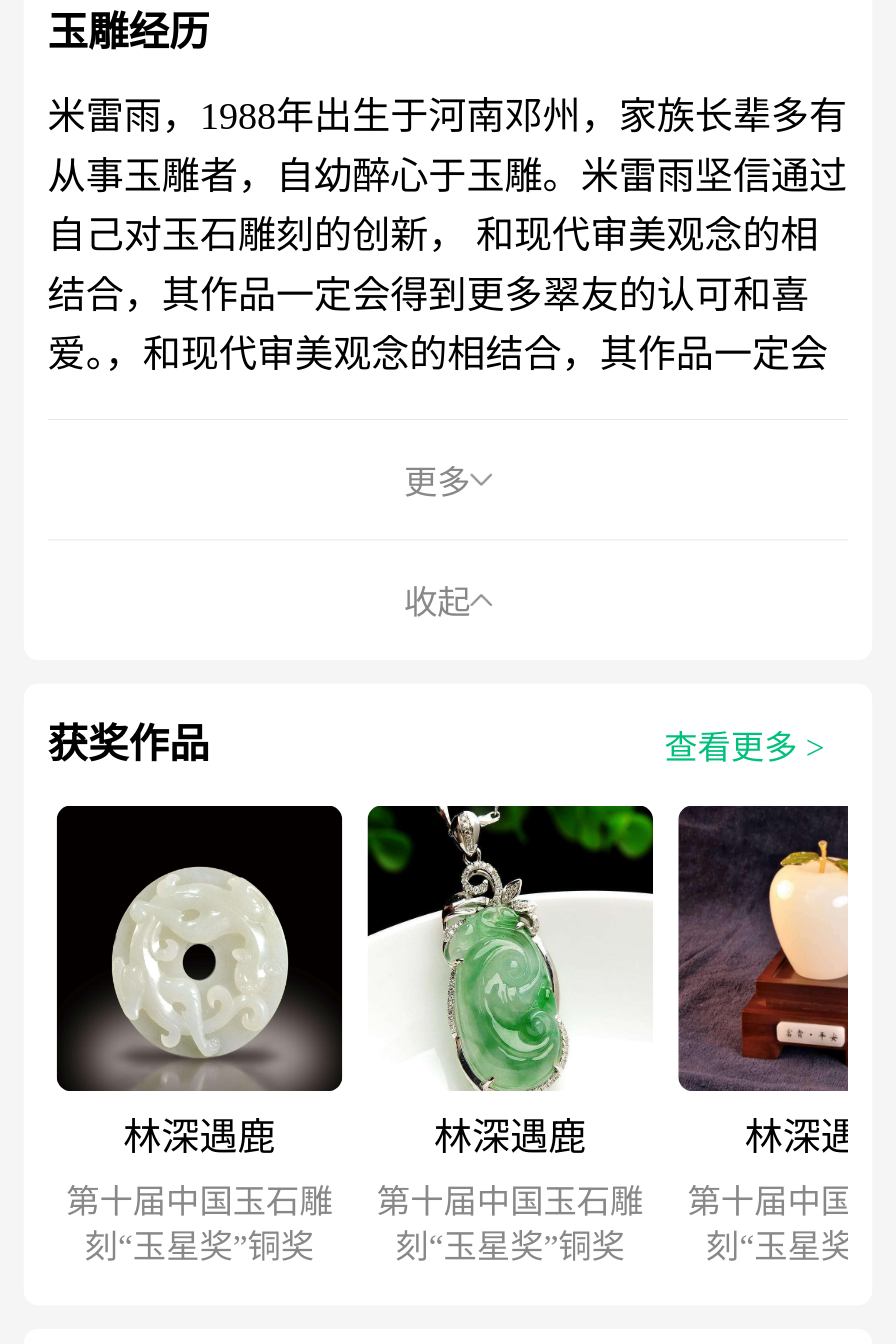
Repository: 1yanglulu/-
Page: html/jadecarvemaincenter.html
These files come from the project's save history. The page is drawn as it stood at one moment and after the next save; the edit follows.
The browser window is 1280 px wide. The pictures show the part of the page from y = 3234 to 5154 px (the page is 8142 px tall before and 7842 px after), at 70% of full size.

Above is the page before, as saved 2020-01-09 09:28:00.

### html/jadecarvemaincenter.html
<!DOCTYPE html>
<html lang="en">
<head>
  <meta charset="UTF-8">
  <meta name="viewport" content="width=device-width, user-scalable=no, initial-scale=1.0, maximum-scale=1.0, minimum-scale=1.0">
  <meta http-equiv="X-UA-Compatible" content="ie=edge">
  <title>玉雕师详情</title>
  <link rel="stylesheet" href="../css/common.css">
  <link rel="stylesheet" href="../js/swiper4.1.0/swiper-4.1.0.min.css">
  <link rel="stylesheet" href="../css/jadecarvemaincenter.css">
  <link rel="stylesheet" href="../css/jadehomepage.css">
  <link rel="stylesheet" href="../css/recentactive.css">
</head>
<body class="bac-color">
  <div class="jade-main-center  bac-color">
    <div class="top-banner">
      <img src="../images/mainbac.png" alt="" class="banner-bac">
    </div>
    <div class="avatar-box">
      <img src="../images/defaultImg.png" alt="" class="default-img">
      <div class="btn-box fn">
        <a href="javascript:void(0);" class="self-made">私人定制</a>
        <div class="follow-btn"><span class="add-icon">+</span>关注</div>
      </div>
      <div class="jade-name">
        米雷雨
      </div>
      <div class="jade-introduce fn">
        <img src="../images/vipicon.png" alt="vip" class="vip-icon">
        <span class="touxian">广东省玉石雕刻大师、中华玉雕高级师、广东省工艺美术师</span>
      </div>
      <div class="jade-hot-num">
        <span class="for-num">100</span>关注<span class="for-num">100</span>粉丝<span class="for-num">10992</span>收到的赞
      </div>
    </div>
    <div class="jade-tab clearfix">
      <div class="jade-tab-item fl  fn">
        <span>主页</span>
        <div class="tab-line"></div>
      </div>
      <div class="jade-tab-item fl  fn">
        <span>动态</span>
        <div class="tab-line"></div>
      </div>
      <div class="jade-tab-item fl  fn">
        <span>玉雕作品</span>
        <div class="tab-line"></div>
      </div>
      <div class="jade-tab-item fl  fn">
        <span>评价定制</span>
        <div class="tab-line"></div>
      </div>
    </div>
    <div id="home-page-con">
    </div>
    <div class="active-page-con">
    </div>
    <div class="jade-works-page-con">
    </div>
    <div class="jade-comment-made-page-con">
    </div>
    <div class="for-app-btn">
      <div class="inner-for-app-btn">打开APP查看更多内容</div>
    </div>
    <div class="download-app-tip">
      <img src="../images/logo.png">
      <span>打开对庄翡翠，查看更多玉雕师信息</span>
      <div>立即前往</div>
    </div>
  </div>
  <script src="../js/jquery-3.3.1.min.js"></script>
  <script src="../js/rem.js"></script>
  <!-- <script src="../js/swiper4.1.0/swiper-4.1.0.min.js"></script> -->
  <script>
    $(document).ready(function(){
  　　$("#home-page-con").load("./jadehomepage.html",function () {
        var sc1 =  document.createElement("script");
        sc1.src= "../js/swiper4.1.0/swiper-4.1.0.min.js";
        $("body").append(sc1);
        var mySwiper = new Swiper('.swiper-container', {
          autoplay: false,//可选选项，自动滑动
          slidesPerView: 2.6,
          spaceBetween: 10,
        })
        var sc2 =  document.createElement("script");
        sc2.src= "../js/jadehomepage.js";
        $("body").append(sc2);
      })
      $(".active-page-con").load("./recentactive.html")
    });
  </script>
  <script src="../js/jadecarvemaincenter.js"></script>
</body>
</html>

### css/common.css
h2,body,div,html,ul,li,a,img{
  margin: 0;
  padding: 0;
}
a,img{
  display:block;
}
.fn{
  font-size:0;
}
ul{
  margin-block-start: 0;
  margin-block-end: 0;
  padding-inline-start: 0;
}
ul li{
  list-style: none;
}
a{
  text-decoration: none;
}
.clearfix:after{/*伪元素是行内元素 正常浏览器清除浮动方法*/
  content: "";
  display: block;
  height: 0;
  clear:both;
  visibility: hidden;
}
.clearfix{
  *zoom: 1;/*ie6清除浮动的方式 *号只有IE6-IE7执行，其他浏览器不执行*/
}
.fl{
  float: left;
}
.fr{
  float:right;
}
.bac-color{
  /* background:rgb(248,248,248); */
  background: #f5f5f5;
}
.visible{
  overflow: visible;
}
.hidden{
  overflow: hidden;
}

### css/jadecarvemaincenter.css
.jade-main-center{
  width: 100%;
}
.top-banner{
  background: #fff;
}
.banner-bac{
  width: 100%;
  height: 4.2rem;
  display: block
}
.default-img{
  width: 1.6rem;
  height: 1.6rem;
}
.avatar-box{
  position: relative;
  background: #fff;
}
.default-img{
  position: absolute;
  left:.1rem;
  top:-.6rem;

}
.avatar-box{
  padding:0 .2rem 0.3rem;
}
.btn-box{
  text-align: right;
  padding: .3rem 0;
}
.self-made{
  display: inline-block;
  padding: 0 .24rem;
  text-align: center;
  line-height: .62rem;
  border: 1px solid #00C17B;
  border-radius:.33rem;
  background: #fff;
  font-size: .28rem;
  color: #00C17B;
  margin-right: .2rem;
}
.follow-btn{
  width: 1.6rem;
  height: .62rem;
  text-align: center;
  background: #00C17B;
  border-radius:.33rem;
  font-size: .28rem;
  color: #FFFFFF;
  display: inline-block;
}
.add-icon{
  font-size: .4rem;
  color: #FFFFFF;
  margin-right: .1rem;
}
.jade-name{
  font-size: .48rem;
  color: #333333;
  line-height: .58rem;
  text-align: left;
  margin-top: .08rem;
  font-weight: bold;
  margin-bottom: .3rem;
  background: #fff;
}
.jade-introduce{
  margin-bottom: .3rem;
  background: #fff;
}
.vip-icon{
  width: .32rem;
  height: .32rem;
  display: inline-block;
  margin-right: .1rem;
  vertical-align: middle;
}
.touxian{
  font-size: .32rem;
  color: #000000;
  line-height: .5rem;
  vertical-align: middle;
}
.jade-hot-num{
  font-size: .24rem;
  color: #888888;
  text-align: center;
  text-align: left;
  background: #fff;
}
.jade-hot-num .for-num{
  font-size: .36rem;
  color: #00C17B;
  text-align: center;
  font-weight: bold;
  margin-left: .3rem;
  vertical-align: bottom;
  line-height: 0.36rem;
  margin-right: .06rem;
}
.jade-hot-num .for-num:first-child{
  margin-left: 0;
}
.jade-tab{
  height: 1rem;
}
.jade-tab .jade-tab-item{
  width: 25%;
  height: 100%;
  text-align: center;
  padding-top: 0.2rem;
  box-sizing: border-box;
}
.jade-tab .jade-tab-item>span{
  display: block;
  height: 0.48rem;
  text-align: center;
  line-height: .48rem;
  margin-bottom: .08rem;
  font-size: .34rem;
  color: #666666;
}
.tab-line{
  width: .5rem;
  height: .05rem;
  background: #00C17B;
  display: inline-block;
}
.active-style{
  color:#00C17B
}
#home-page-con{
  padding:0 .2rem;
}
/*最近动态*/
.active-page-con{
  padding: 0 .2rem;
}
/*去往app提示按钮*/
.for-app-btn{
  padding: .2rem 0;
}
.inner-for-app-btn{
  width: 3.5rem;
  height: .7rem;
  line-height: 0.7rem;
  text-align: center;
  font-size: .28rem;
  color: #00C17B;
  border: 1px solid #00C17B;
  border-radius: .35rem;
  margin: 0 auto;
}
/*底部前往app固定弹窗提示*/
.download-app-tip{
  padding: .2rem;
  display: -webkit-box;
  display: -ms-flexbox;
  display: -webkit-flex;
  display: flex;
  -webkit-box-pack: center;
  -ms-flex-pack: center;
  -webkit-justify-content: center;
  justify-content: center;
  -webkit-box-align: center;
  -ms-flex-align: center;
  -webkit-align-items: center;
  align-items: center;
  background: rgba(0,0,0,0.60);
  box-sizing: border-box;

}
.download-app-tip>img{
  width: .8rem;
  height: .8rem;
    /* width:0.8rem;
    height: .8rem; */
}
.download-app-tip span{
  font-size: .26rem;
  color: #FFFFFF;
  margin: 0 .44rem 0 .2rem;
}
.download-app-tip div{
  width: 1.5rem;
  height: .52rem;
  line-height: .52rem;
  text-align: center;
  background: #00C17B;
  border-radius: 1rem;
  font-size: .26rem;
  color: #FFFFFF;
}

### css/jadehomepage.css
.bodyStyle{
  padding:0 .2rem;
}
.home-top{
  width: 100%;
  height: 1.6rem;
  background: #FFFFFF;
  border-radius: .12rem;
  margin-bottom: .2rem;
}
.live-bac{
  display: inline-block;
  width: 1.6rem;
  height: 100%;
  vertical-align: middle;
}
.live-con{
  height: 100%;
  width: 5.5rem;
  padding:.2rem;
  display: inline-block;
  vertical-align: middle;
  box-sizing: border-box;
}
.live-title{
  font-size: .32rem;
  color: #000000;
  letter-spacing: 0;
  margin-bottom: 0.48rem;
}
.live-status{
  display: inline-block;
  width: .94rem;
  height: .32rem;
}
.live-status>img{
  width: .18rem;
  height: .18rem;
  display: inline-block;
}
.live-visitor-num{
  display: inline-block;
  font-size: .22rem;
  color: #888888;
  vertical-align: middle;
}
.live-detail .prev-msg{
  padding: 0 .07rem;
  height: .32rem;
  line-height: .32rem;
  font-size: .2rem;
  color: #FFFFFF;
  display: inline-block;
  background: #966EFB;
  border-radius: .06rem;
  vertical-align: middle;
  margin-right: .08rem;
}
.live-detail>img{
  display: inline-block;
  width: .94rem;
  height: .32rem;
  vertical-align: middle;
  margin-right: .1rem;
}
.live-detail>a{
  display: inline-block;
  font-size: .28rem;
  color: #00C17B;
  text-align: center;
  line-height: .32rem;
}
/*个人信息*/
.self-information{
  background: #FFFFFF;
  border-radius: .12rem;
  padding:0.3rem .2rem 0;
  box-sizing: border-box;
  margin-bottom: .2rem;
}
.self-title{
  font-size: .34rem;
  color: #000000;
  letter-spacing: 0;
  line-height: .42rem;
  font-weight: bold;
}
.self-information .self-detail{
  margin:0 0 .3rem 0;
}
.self-information .self-detail .self-detail-item{
  padding:.3rem 0;
  border-bottom: 1px solid #dcdcdc;
}
.self-detail-item span:first-child{
  display: inline-block;
  width: 1.68rem;
  font-size: .28rem;
  color: #888888;
  letter-spacing: 0;
  text-align: left;
  vertical-align: middle;
}
.self-detail-item span:nth-child(2){
  display: inline-block;
  width: 4.7rem;
  font-size: .32rem;
  color: #000000;
  letter-spacing: 0;
  text-align: left;
  margin-left: .32rem;
  vertical-align: middle;
}
/* .self-detail-item:nth-child(3) span{
  vertical-align: top;
}
.self-detail-item:nth-child(4) span{
  vertical-align: top;
}
.self-detail-item:nth-child(5) span{
  vertical-align: top;
}
.self-detail-item:nth-child(6) span{
  vertical-align: top;
} */
.jade-experience{

}
.jade-experience .self-experience-con{
  font-size: .32rem;
  color: #000000;
  letter-spacing: 0;
  line-height: .5rem;
  margin: .25rem 0 .29rem;
  max-height: 2.5rem;
  overflow: hidden;
}
.jade-experience .self-experience-bom{
  padding: .3rem 0;
  text-align: center;
  border-top: 1px solid #dcdcdc;
}
.jade-experience .self-experience-bom>span{
  font-size: .28rem;
  color: #888888;
  text-align: center;
  vertical-align: middle;
}
.jade-experience .self-experience-bom>img{
width:.18rem;
height: .1rem;
display: inline-block;
vertical-align: middle;
}
/*获奖作品*/
.achive-works{
  /* width: 100%; */
  padding: 0 .2rem .3rem;
  background: #FFFFFF;
  border-radius: .12rem;
  position: relative;
  margin-bottom: .2rem;
}
.achive-title{
  padding: 0.3rem 0;
  position: relative;
}
.achive-title>a{
  position: absolute;
  font-size: .28rem;
  color: #00C17B;
  text-align: right;
  right: 0.2rem;
  top: 50%;
  transform: translateY(-50%);
}
.swiper-container{
  width: 100%;
}
.swiper-wrapper{
  /* max-width: 2.4rem !important; */
}
.swiper-slide{
  /* width: 2.4rem !important;
  margin-right: .2rem; */
  /* text-align: center;
  font-size: 18px;
  background: #fff; */
  display: -webkit-box;
  display: -ms-flexbox;
  display: -webkit-flex;
  display: flex;
  -webkit-box-pack: center;
  -ms-flex-pack: center;
  -webkit-justify-content: center;
  flex-flow:column;
  -ms-flex-flow: column;
  justify-content: center;
  -webkit-box-align: center;
  -ms-flex-align: center;
  -webkit-align-items: center;
  align-items: center;
}
.swiper-slide .achive-img{
  display: block;
  width: 2.4rem;
  height: 2.4rem;
  border-radius: .12rem;
  margin-bottom: 0.2rem;
}
.swiper-slide div:nth-child(2){
  display: block;
  font-size: .32rem;
  color: #000000;
  letter-spacing: 0;
  text-align: left;
  line-height: .38rem;
  margin-bottom: .16rem;
  max-width: 2.4rem;
  text-align: center;
  text-overflow: -o-ellipsis-lastline;
  overflow: hidden;
  text-overflow: ellipsis;
  display: -webkit-box;
  -webkit-line-clamp: 2;
  line-clamp: 2;
  -webkit-box-orient: vertical;
}
.swiper-slide div:nth-child(3){
  display: block;
  font-size: .28rem;
  color: #888888;
  letter-spacing: 0;
  text-align: center;
  line-height: .38rem;
  max-width: 2.4rem;
  text-align: center;
  text-overflow: -o-ellipsis-lastline;
  overflow: hidden;
  text-overflow: ellipsis;
  display: -webkit-box;
  -webkit-line-clamp: 2;
  line-clamp: 2;
  -webkit-box-orient: vertical;
}

### css/recentactive.css
.rencent-active-list{
  padding:0 .2rem;
  background: #fff;
  border-radius: .12rem;
}
.common-title-sty{
  padding: .3rem 0 0;
}
.rencent-con{

}
.rencent-con-item{
  padding:.3rem 0;
}

.rencent-con-item .rencent-top-avatar>img{
  width: .8rem;
  height: .8rem;
  margin-right: .2rem;
  display: inline-block;
  vertical-align: middle;
}
.rencent-top-introduce{
  display: inline-block;
  vertical-align: middle;
}
.rencent-top-introduce div:first-child{
  font-size: .3rem;
  color: #333333;
  text-align: left;
  line-height: .36rem;
  font-weight: bold;
  margin-bottom: .16rem;
  max-width: 5.7rem;
  text-overflow: -o-ellipsis-lastline;
  overflow: hidden;
  text-overflow: ellipsis;
  white-space: nowrap;
}
.rencent-top-introduce div:nth-child(2){
  max-width: 5.7rem;
  font-size: .24rem;
  color: #888888;
  letter-spacing: 0;
  line-height: .28rem;
  text-overflow: -o-ellipsis-lastline;
  overflow: hidden;
  text-overflow: ellipsis;
  white-space: nowrap;
}
.rencent-con-item{
  font-size: .34rem;
  color: #000000;
  line-height: .54rem;
}
.rencent-introduce{
  margin: .2rem 0;
}
.rencent-introduce span:first-child{
  font-size: .34rem;
  color: #3E74A8;
  line-height: .4rem;
}
.rencent-introduce span:nth-child(2){
  font-size: .34rem;
  color: #000;
  line-height: .4rem;
}
/*如果显示图片，图片的样式*/
.recent-img-con{
  border-radius: .12rem;
  overflow: hidden;
  margin-bottom: .3rem;
}
.recent-img-con-item{
  margin-right: .1rem;
  margin-bottom: .1rem;
}
.recent-img-con-item:nth-child(3n){
  margin-right: 0;
}
.recent-img-con-item:nth-last-child(1),.recent-img-con-item:nth-last-child(2),.recent-img-con-item:nth-last-child(3){
  margin-bottom: 0;
}
.recent-img-con-item>img{
  width: 2.16rem;
  height: 2.16rem;
}
/*如果显示视频，视频的样式*/
.recent-video{
  width: 3rem;
  height: 4.05rem;
  position: relative;
  border-radius: .12rem;
  margin-bottom: .3rem;
}
.recent-video video{
  width: 3rem;
  height: 4.05rem;
}
.recent-video img:nth-child(2){
  width: 3rem;
  height: 4.05rem;
  position: absolute;
  top:0;
  left:0;
}
.recent-video img:nth-child(3){
  width:.8rem;
  height:.8rem;
  position: absolute;
  top:50%;
  left:50%;
  transform: translate(-50%,-50%);
  z-index: 1;
}
.recent-video span{
  font-size: .24rem;
  color: #FFFFFF;
  text-align: center;
  padding: 0 .18rem;
  line-height: .3rem;
  background: rgba(0, 0, 0, .5);
  border-radius: .19rem;
  position: absolute;
  right: .1rem;
  bottom: .1rem;
}
/*浏览量，点赞，评论，分享样式*/
.recent-data{

}
.look-num{
  display: inline-block;
  font-size: .28rem;
  color: #888888;
  letter-spacing: 0;
  vertical-align: middle;
  text-align: center;
}
.look-num>span{
  font-size: .28rem;
  color: #888888;
  letter-spacing: 0;
  vertical-align: middle;
  margin-right: .1rem;
}
.follow-num{
  display: inline-block;
  vertical-align: middle;
}
.recent-follow-item{
  text-align: center;
  margin-right: .4rem;
}
.recent-follow-item>img{
  display: inline-block;
  widows: .32rem;
  height: .32rem;
  vertical-align: middle;
  margin-right: .1rem;
}
.recent-follow-item span{
  font-size: .28rem;
  color: #666666;
  letter-spacing: 0;
  vertical-align: middle;
}
.recent-follow-item:last-child{
  margin-right: 0;
}
/*分割线样式*/
.gap-line{
  width: 100%;
  height: 1px;
  border-top:1px solid #DCDCDC;
  margin:.3rem 0;
}
/*点赞数据样式*/
.dian-zan-detail{

}
.dian-zan-title{
  margin-bottom: .2rem;
}
.dian-zan-title>img{
  display: inline-block;
  width: .32rem;
  height: .32rem;
  vertical-align: middle;
}
.dian-zan-title span:nth-child(2){
  font-size: .28rem;
  color: #333333;
  letter-spacing: 0;
  font-weight: bold;
  vertical-align: middle;
  margin: 0 .1rem;
}
.dian-zan-title span:nth-child(3){
  font-size: .28rem;
  color: #888888;
  letter-spacing: 0;
  vertical-align: middle;
}
.dian-zan-con{

}
.dian-zan-con-item{

}
.dian-zan-label{
  padding: 0 .06rem;
  line-height: .3rem;
  border: 1px solid #FC4C24;
  border-radius: .06rem;
  font-size: .22rem;
  color: #FC4C24;
  letter-spacing: 0;
  display: inline-block;
  margin-right: .1rem;
}
.dian-zan-con-item span:nth-child(2){
  font-size: .3rem;
  color: #333333;
  text-align: left;
  font-weight: bold;
}
.dian-zan-con-item span:nth-child(3){
  font-size: .3rem;
  color: #444444;
  text-align: left;
  line-height: .36rem;
}
/*评论总数标题*/
.comment-total-num{
  text-align: left;
  font-size: .28rem;
  color: #888888;
  line-height: .32rem;
  position: relative;
  display: inline-block;
  padding-right: .4rem;
  margin: .2rem 0;
}
.comment-total-num::after{
  content: "";
  width: .15rem;
  height: .15rem;
  border-top: 1px solid #DCDCDC;
  border-right: 1px solid #DCDCDC;
  position: absolute;
  right: .1rem;
  top:0.065rem;
  transform:rotate(45deg);
}
/*说点什么输入样式*/
.tap-input-box{
  position: relative;
}
.input-box{
  width: 2.3rem;
  line-height: .5rem;
  background: #F8F8F8;
  border-radius: .43rem;
  font-size: .28rem;
  color: #888888;
  letter-spacing: 0;
  text-align: center;
}
.tap-input-box img{
  width: .5rem;
  height: .5rem;
  border-radius: 50%;
  position: absolute;
  top:0;
  left:-0.1rem;

}

### html/jadehomepage.html
<div class="home-top fn">
  <img src="../images/yushi1.jpg" alt="直播间封面" class="live-bac">
  <div class="live-con fn">
    <div class="live-title">今晚做客直播间</div>
    <div class="live-detail fn clearfix">
      <img src="../images/livingicon.gif" alt="" style="display:none;">
      <div class="prev-msg">
        预告10月31日 18:00
      </div>
      <div class="live-visitor-num">1093观看</div>
      <a href="javascript:void(0);" class="fr" style="display:none;">进入直播间> </a>
    </div>
  </div>
</div>
<div class="self-information">
  <div class="self-title">个人信息</div>
  <div class="self-detail">
    <div class="self-detail-item fn">
      <span>出生年月</span><span>1988年10月</span>
    </div>
    <div class="self-detail-item fn">
      <span>性别</span><span>男</span>
    </div>
    <div class="self-detail-item fn">
      <span>出生地</span><span>河南郑州</span>
    </div>
    <div class="self-detail-item fn add-font-style">
      <span>代表作品</span><span>林深遇鹿、相看两不厌、林深遇鹿、相看两不厌</span>
    </div>
    <div class="self-detail-item fn">
      <span>擅长雕刻款式</span><span>摆件、挂件</span>
    </div>
    <div class="self-detail-item fn">
      <span>擅长雕刻题材</span><span>山水、人物</span>
    </div>
  </div>
  <div class="jade-experience">
    <div class="self-title">玉雕经历</div>
    <div class="self-experience-con">
      米雷雨，1988年出生于河南邓州，家族长辈多有从事玉雕者，自幼醉心于玉雕。米雷雨坚信通过自己对玉石雕刻的创新，
      和现代审美观念的相结合，其作品一定会得到更多翠友的认可和喜爱。，和现代审美观念的相结合，其作品一定会得到更多翠友的认可和喜爱。
    </div>
    <div class="self-experience-bom fn">
      <span>更多</span>
      <img src="../images/spreadout.png">
    </div>
    <div class="self-experience-bom fn">
      <span>收起</span>
      <img src="../images/hooldup.png">
    </div>
  </div>
</div>
<div class="achive-works">
  <div class="achive-title fn">
    <div class="self-title">获奖作品</div>
    <a>查看更多 ></a>
  </div>
  <div class="swiper-container">
    <div class="swiper-wrapper">
      <div class="swiper-slide fl">
        <img src="../images/yushi1.jpg" class="achive-img">
        <div>林深遇鹿</div>
        <div>第十届中国玉石雕刻“玉星奖”铜奖</div>
      </div>
      <div class="swiper-slide fl">
        <img src="../images/yushi2.jpg" class="achive-img">
        <div>林深遇鹿</div>
        <div>第十届中国玉石雕刻“玉星奖”铜奖</div>
      </div>
      <div class="swiper-slide fl">
        <img src="../images/yushi3.jpg" class="achive-img">
        <div>林深遇鹿</div>
        <div>第十届中国玉石雕刻“玉星奖”铜奖</div>
      </div>
      <div class="swiper-slide fl">
        <img src="../images/yushi1.jpg" class="achive-img">
        <div>林深遇鹿</div>
        <div>第十届中国玉石雕刻“玉星奖”铜奖</div>
      </div>
      <div class="swiper-slide fl">
        <img src="../images/yushi2.jpg" class="achive-img">
        <div>林深遇鹿</div>
        <div>第十届中国玉石雕刻“玉星奖”铜奖</div>
      </div>
      <div class="swiper-slide fl">
        <img src="../images/yushi3.jpg" class="achive-img">
        <div>林深遇鹿</div>
        <div>第十届中国玉石雕刻“玉星奖”铜奖</div>
      </div>
    </div>
  </div>
  <!-- <div class="rencent-active">
    <div class="self-title">最近动态</div>

  </div> -->
</div>

### html/recentactive.html
<div class="rencent-active-list">
  <div class="self-title common-title-sty">最近动态</div>
  <ul class="rencent-con">
    <li class="rencent-con-item">
      <div class="rencent-top-avatar fn">
        <img src="../images/defaultImg.png" >
        <div class="rencent-top-introduce">
          <div>米雷雨</div>
          <div>广东省玉雕大师广东省玉雕大师广东省玉雕大师广东省玉雕大师</div>
        </div>
      </div>
      <div class="rencent-introduce">
        <span>#灯谜大会#</span>
        <span>对庄是出于翡翠行业术语，在翡翠交易中，买家中意卖家的商品，即叫“对庄”。 </span>
      </div>
      <ul class="recent-img-con clearfix">
        <li class="recent-img-con-item fl">
          <img src="../images/yushi1.jpg" alt="">
        </li>
        <li class="recent-img-con-item fl">
          <img src="../images/yushi2.jpg" alt="">
        </li>
        <li class="recent-img-con-item fl">
          <img src="../images/yushi3.jpg" alt="">
        </li>
        <li class="recent-img-con-item fl">
          <img src="../images/yushi1.jpg" alt="">
        </li>
        <li class="recent-img-con-item fl">
          <img src="../images/yushi2.jpg" alt="">
        </li>
        <li class="recent-img-con-item fl">
          <img src="../images/yushi3.jpg" alt="">
        </li>
      </ul>
      <div class="recent-video" style="display: none;">
        <video src="../images/normalvideo.mp4" autoplay></video>
        <img src="../images/yushi1.jpg" alt="">
        <img src="../images/playbtn.png" alt="">
        <span>04:02</span>
      </div>
      <div class="recent-data fn clearfix">
        <div class="look-num fl"><span>200</span>浏览</div>
        <div class="follow-num fn clearfix fr">
          <div class="recent-follow-item fl fn">
            <img src="../images/dianzan.png" >
            <span>赞</span>
          </div>
          <div class="recent-follow-item fl">
            <img src="../images/comment.png" >
            <span>评论</span>
          </div>
          <div class="recent-follow-item fl">
            <img src="../images/share.png" >
            <span>分享</span>
          </div>
        </div>
      </div>
      <div class="gap-line"></div>
      <div class="dian-zan-title fn">
        <img src="../images/dianzan.png" alt="">
        <span>翠友8907634等1人</span>
        <span>赞了</span>
      </div>
      <ul class="dian-zan-con">
        <li class="dian-zan-con-item fn">
          <span class="dian-zan-label">热评</span><span>翠友7878989：</span><span>有一种情怀叫手工制做，每一位玉雕师都是魔术师。</span>
        </li>
        <li class="dian-zan-con-item">
          <span class="dian-zan-label">热评</span><span>翠友7878989：</span><span>有一种情怀叫手工制做，每一位玉雕师都是魔术师。</span>
        </li>
        <li class="dian-zan-con-item">
          <span class="dian-zan-label">热评</span><span>翠友7878989：</span><span>有一种情怀叫手工制做，每一位玉雕师都是魔术师。</span>
        </li>
      </ul>
      <div class="comment-total-num">
        共1条评论
      </div>
      <div class="tap-input-box">
        <div class="input-box">说点什么...</div>
        <img src="../images/defaultImg.png">
      </div>
    </li>
  </ul>
</div>

### js/jadehomepage.js
$(function () {
  let height=$(".self-experience-con").innerHeight()
  console.log("经历高度",height)
  if(height>=125){
    $(".self-experience-con").css("overflow","hidden")
  }
})

Loaded but not shown: js/swiper4.1.0/swiper-4.1.0.min.css (library); js/jquery-3.3.1.min.js (library); js/swiper4.1.0/swiper-4.1.0.min.js (library); js/rem.js (12 lines, source omitted); js/jadecarvemaincenter.js (no stored copy; drawn as an empty file)

After the next save:
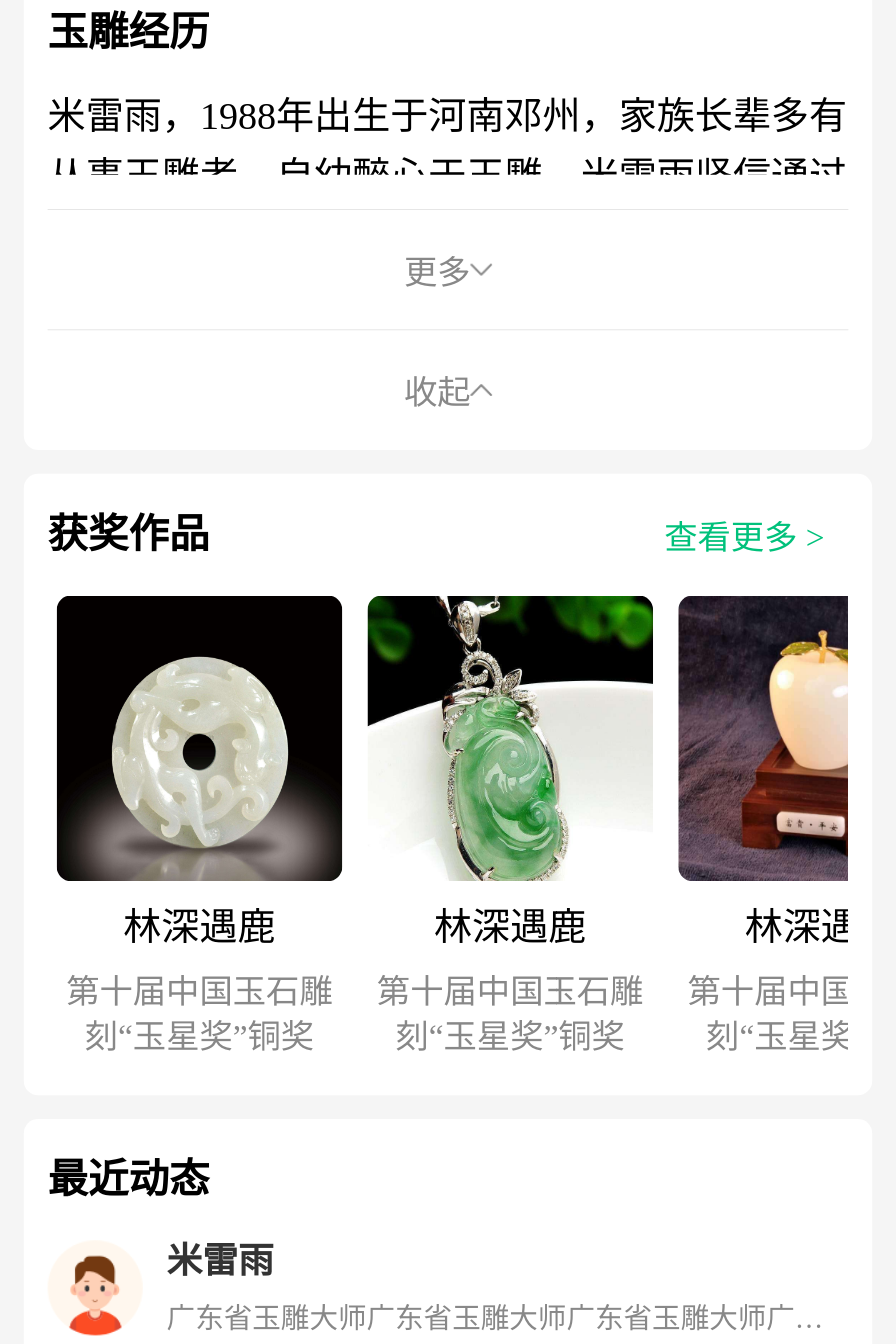
Saved 48 s later.
--- a/js/jadehomepage.js
+++ b/js/jadehomepage.js
@@ -2,6 +2,6 @@ $(function () {
   let height=$(".self-experience-con").innerHeight()
   console.log("经历高度",height)
   if(height>=125){
-    $(".self-experience-con").css("overflow","hidden")
+    $(".self-experience-con").css("height","125px")
   }
 })
